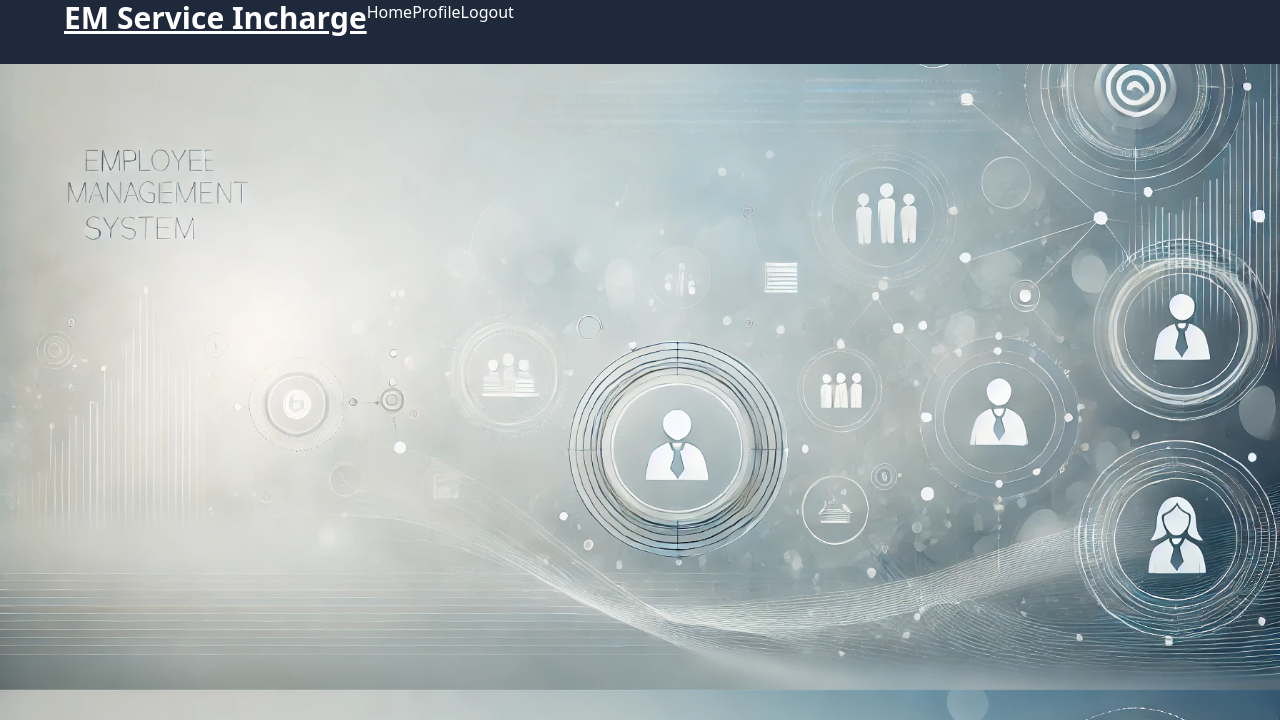
Repository: Vaibhav979/EmployeeManagement-Spring
Page: / (app in em-project-view/)
An editor plug-in stored every save of this project. The page is shown before and after a run of saves, followed by the edit.
The browser window is 1280 px wide. The pictures show the whole page.
The project was rebuilt for these pictures with package versions that can differ from the ones it lists, and the page was loaded fresh each time. Also part of the build but not shown: em-project-view/vite.config.js.

Above is the page before, as saved 2025-01-02 22:34:09.

After the next 3 saves:
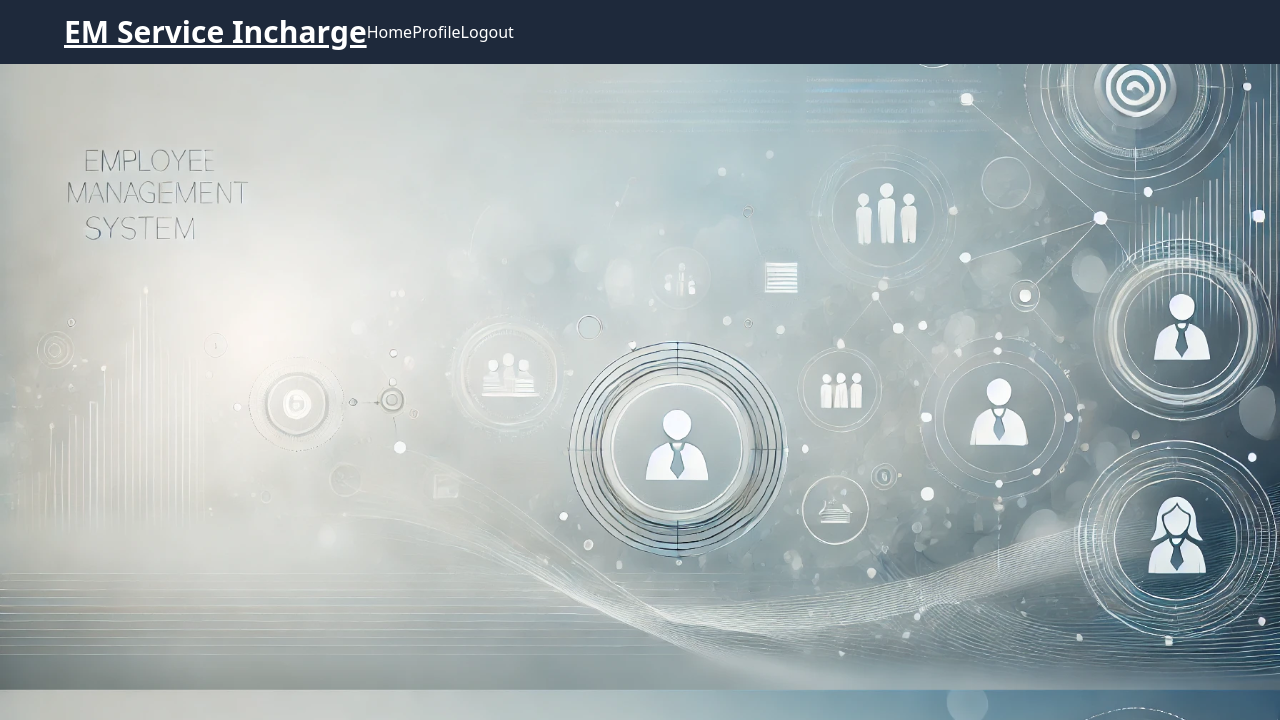
The 3 saves are shown as one change because they came seconds apart.
The last was saved 8 s later.
--- a/em-project-view/src/App.jsx
+++ b/em-project-view/src/App.jsx
@@ -3,7 +3,7 @@ import "./App.css";
 
 function App() {
   return (
-    <div className="bg-slate-800 flex h-16 px-16 ">
+    <div className="bg-slate-800 flex h-16 px-16 items-center">
       <h1 className="text-3xl font-bold underline">EM Service Incharge</h1>
       <a href="/"> Home </a>
       <a href="/"> Profile </a>
